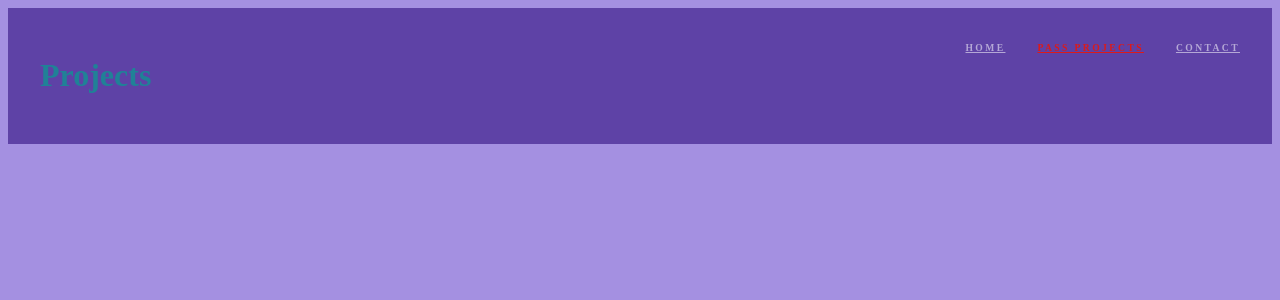
Repository: NyleNC/main
Page: projects.html
These files come from the project's save history. The page is drawn as it stood at one moment and after the next save; the edit follows.
The browser window is 1280 px wide. The pictures show the whole page.

Above is the page before, as saved 2024-11-06 23:48:26.

### projects.html
<!DOCTYPE html>
<html lang="en">
<head>
    <meta charset="UTF-8">
    <meta name="viewport" content="width=device-width, initial-scale=1.0">
    <title>Nyle Bumanglag</title>
    <link rel="stylesheet" href="style.css">
</head>
<header id="header"><h1>Projects</h1>
    <nav>
        <ul>
            <li><a href="index.html">Home</a></li>
            <li><a href="projects.html" class="active">Pass Projects</a></li>
            <li><a href="Contact.html">Contact</a></li>
        </ul>
    </nav>

</header>
<body>

</body>
</html>

### style.css
body{
    background: #a490e1;
    color: rgb(32, 129, 151);
}

#header {
    display: -moz-flex;
    display: -webkit-flex;
    display: -ms-flex;
    display: flex;
    background-color: #5e42a6;
    cursor: default;
    padding: 1.75em 2em;
}

    #header > .title {
        border: 0;
        color: #ffffff;
        display: block;
        font-size: 1.25em;
        font-weight: bold;
    }

    #header > nav {
        -moz-flex: 1;
        -webkit-flex: 1;
        -ms-flex: 1;
        flex: 1;
        text-align: right;
    }

        #header > nav > ul {
            margin: 0;
            padding: 0;
        }

            #header > nav > ul > li {
                display: inline-block;
                margin-left: 1.75em;
                padding: 0;
                vertical-align: middle;
            }

                #header > nav > ul > li:first-child {
                    margin-left: 0;
                }

                #header > nav > ul > li a {
                    border: 0;
                    color: rgba(255, 255, 255, 0.542);
                    display: inline-block;
                    font-size: 0.6em;
                    font-weight: bold;
                    letter-spacing: 0.25em;
                    text-transform: uppercase;
                }

                    #header > nav > ul > li a:hover {
                        color: rgb(144, 225, 164)
                    }

                    #header > nav > ul > li a.active {
                        color: #dd1a1a;
                    }

After the next save:
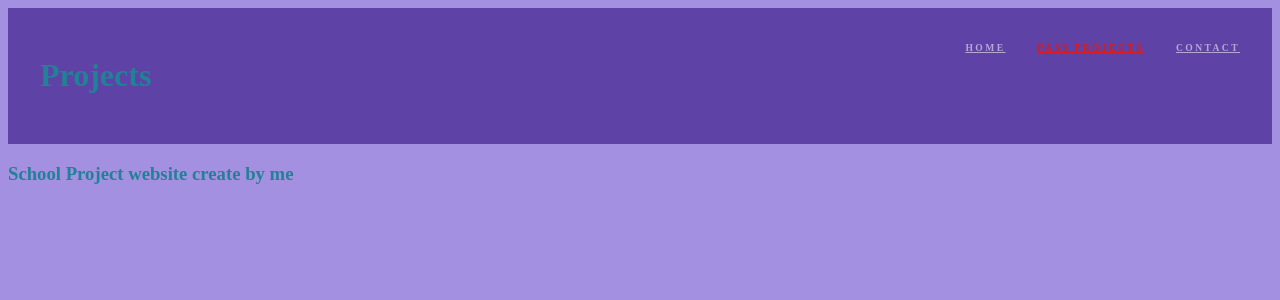
Saved 28 min 58 s later.
--- a/projects.html
+++ b/projects.html
@@ -14,9 +14,15 @@
             <li><a href="Contact.html">Contact</a></li>
         </ul>
     </nav>
-
 </header>
 <body>
+    <section>
+        <div>
+            <h3>School Project website create by me </h3>
+        </div>
 
+
+
+    </section>
 </body>
 </html>
